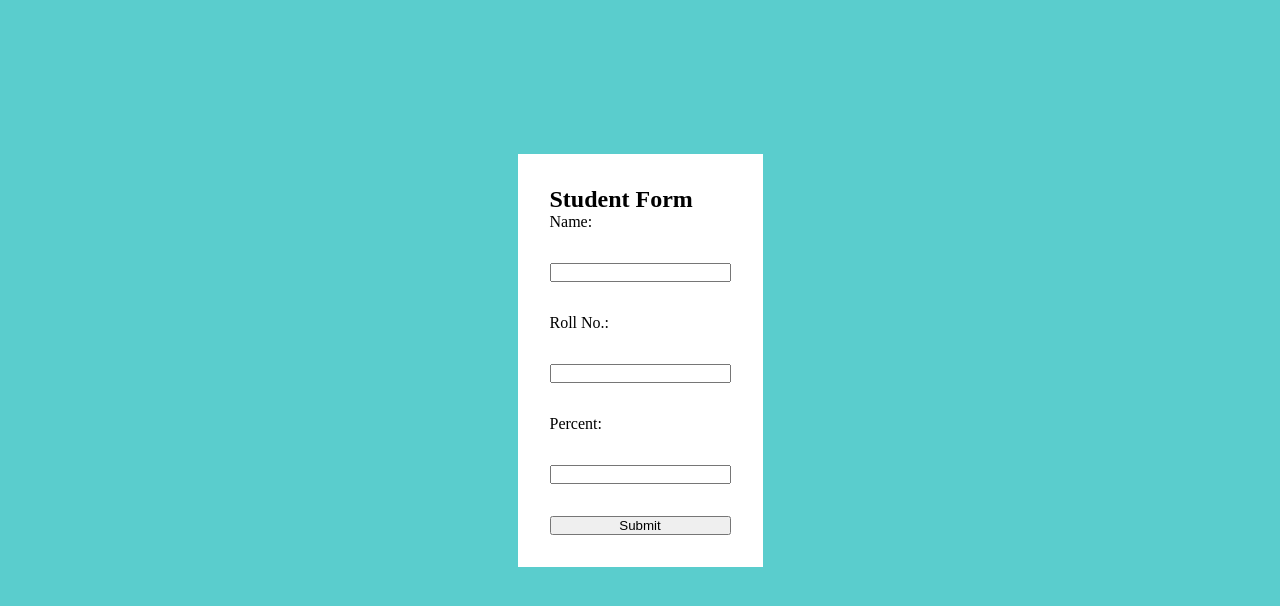
Repository: deeptimahisare1206/Todo_List
Page: http://localhost/Hib_Nest/
An editor plug-in stored every save of this project. The page is shown before and after the next save, followed by the edit.
The browser window is 1280 px wide. The pictures show the whole page.
The page is served by Tomcat 10. Other server files are loaded and not shown.

Above is the page before, as saved 2024-11-09 10:56:28.

### Hib_Nest/src/main/webapp/index.jsp
<%@ page language="java" contentType="text/html; charset=UTF-8"
	pageEncoding="UTF-8"%>
<html>
<head>
<style>
*{
margin:0;
padding:0;
box-sizing: border-box;

}
body {
	display: grid;
	place-items: center;
	background-color: #5acdcd;

}

div{
padding:2rem;
	background-color: white;
}
form{
	display: flex;
	flex-direction: column;
	gap: 2rem;
}
</style>
</head>
<body>
<div>
	<h2>Student Form</h2>

	<form action="Register" method="get">
		<label>Name:</label><input type="text" name="name"><label>Roll
			No.: </label> <input type="number" name="roll"> <label>Percent:
		</label><input type="number" name="percent"> <input type="submit"
			value="Submit">
	</form>
	</div>
</body>
</html>

After the next save:
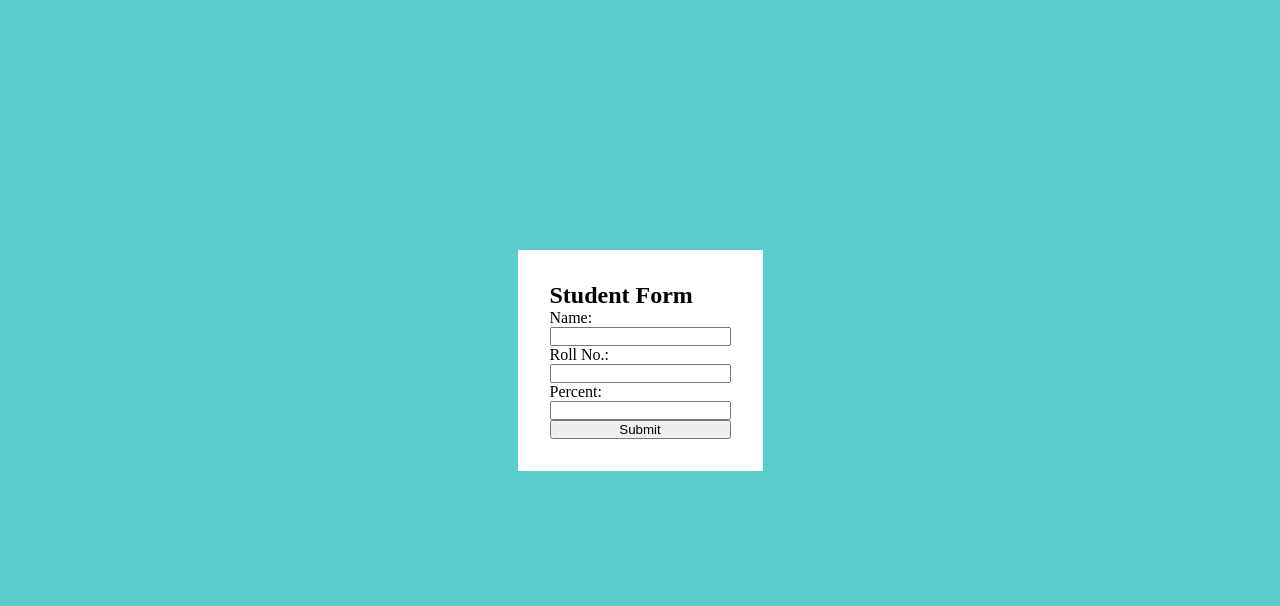
Saved 20 s later.
--- a/Hib_Nest/src/main/webapp/index.jsp
+++ b/Hib_Nest/src/main/webapp/index.jsp
@@ -23,7 +23,7 @@ padding:2rem;
 form{
 	display: flex;
 	flex-direction: column;
-	gap: 2rem;
+
 }
 </style>
 </head>
